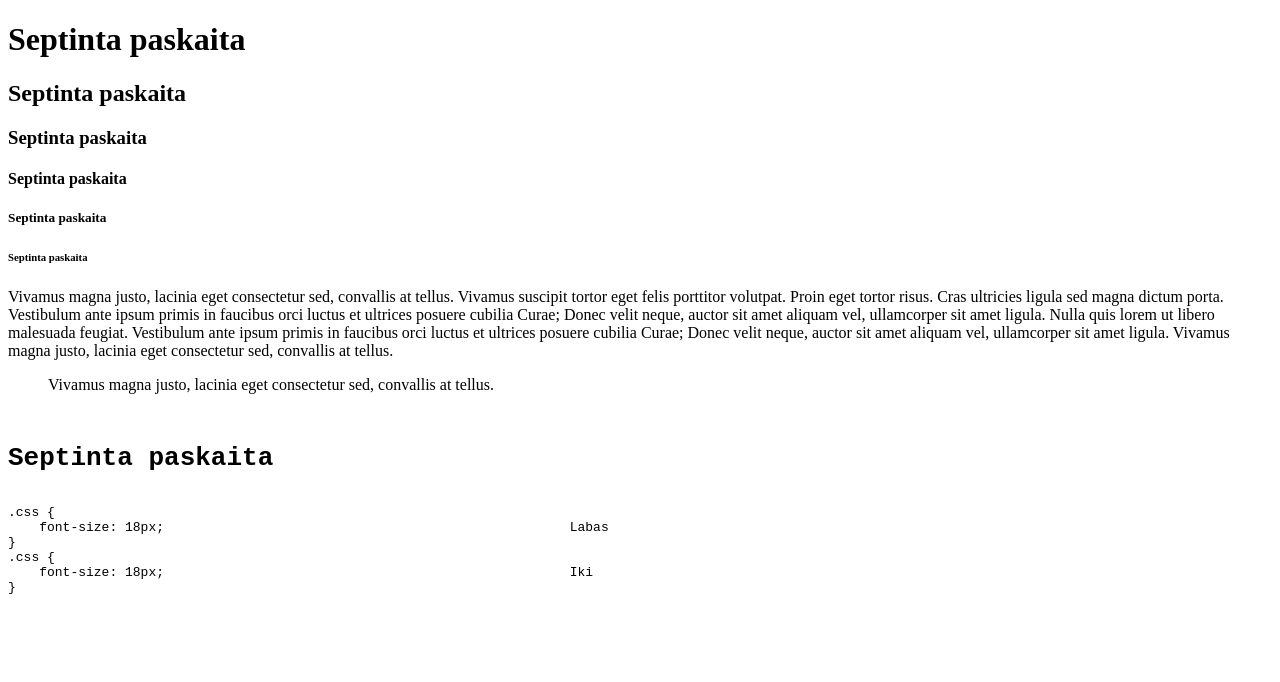
Repository: motiejus1/07-paskaita-05.31
Page: index.html
An editor plug-in stored every save of this project. The page is shown before and after a run of saves, followed by the edit.
The browser window is 1280 px wide. The pictures show the whole page.

Above is the page before, as saved 2021-06-10 18:42:04.

### index.html
<!DOCTYPE html>
<html lang="en">
<head>
    <meta charset="UTF-8">
    <meta http-equiv="X-UA-Compatible" content="IE=edge">
    <meta name="viewport" content="width=device-width, initial-scale=1.0">
    <title>Septinta paskaita</title>
</head>
<body>
    <h1>Septinta paskaita</h1>
    <h2>Septinta paskaita</h2>
    <h3>Septinta paskaita</h3>
    <h4>Septinta paskaita</h4>
    <h5>Septinta paskaita</h5>
    <h6>Septinta paskaita</h6>

    <p>Vivamus magna justo, lacinia eget consectetur sed, convallis at tellus. Vivamus suscipit tortor eget felis porttitor volutpat. Proin eget tortor risus. Cras ultricies ligula sed magna dictum porta. Vestibulum ante ipsum primis in faucibus orci luctus et ultrices posuere cubilia Curae; Donec velit neque, auctor sit amet aliquam vel, ullamcorper sit amet ligula. Nulla quis lorem ut libero malesuada feugiat. Vestibulum ante ipsum primis in faucibus orci luctus et ultrices posuere cubilia Curae; Donec velit neque, auctor sit amet aliquam vel, ullamcorper sit amet ligula. Vivamus magna justo, lacinia eget consectetur sed, convallis at tellus.</p>

    <blockquote>Vivamus magna justo, lacinia eget consectetur sed, convallis at tellus.</blockquote>


    <pre>
        <h1>Septinta paskaita</h1>
.css {
    font-size: 18px;                                                    Labas
}
.css {
    font-size: 18px;                                                    Iki
}
    </pre>
</body>
</html>

After the next 2 saves:
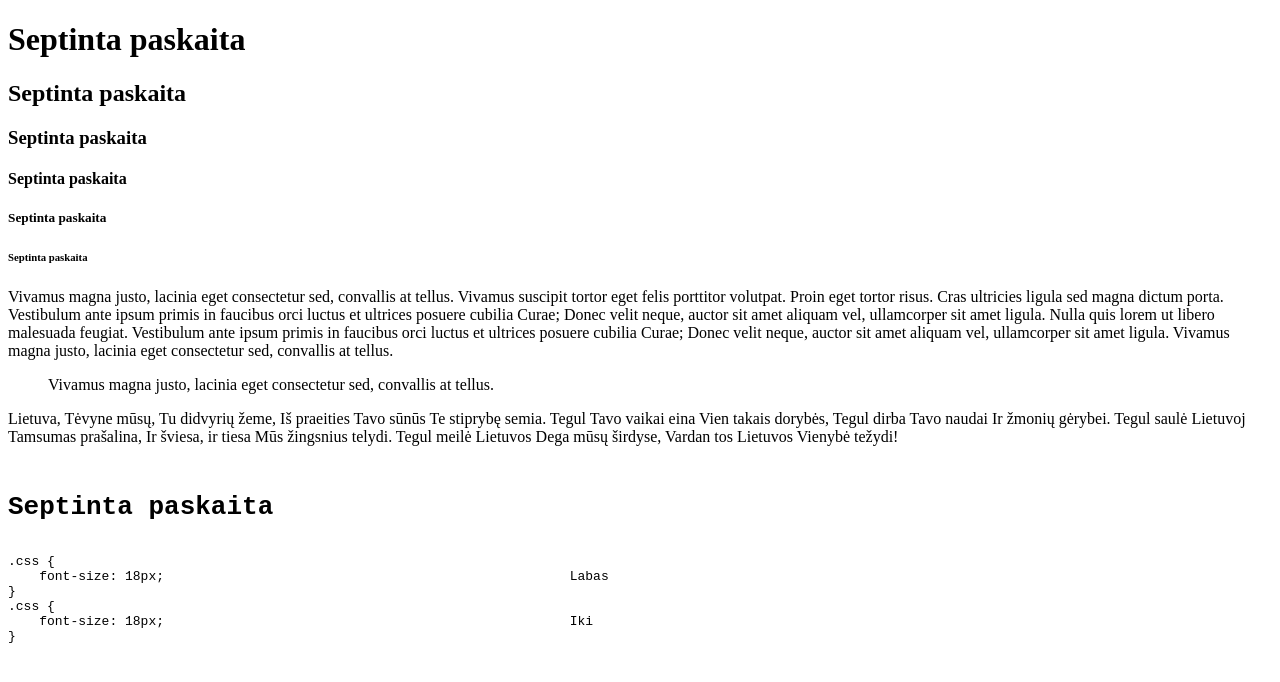
The 2 saves are shown as one change because they came seconds apart.
The last was saved 16 s later.
--- a/index.html
+++ b/index.html
@@ -18,6 +18,27 @@
 
     <blockquote>Vivamus magna justo, lacinia eget consectetur sed, convallis at tellus.</blockquote>
 
+    Lietuva, Tėvyne mūsų,
+Tu didvyrių žeme,
+Iš praeities Tavo sūnūs
+Te stiprybę semia.
+
+Tegul Tavo vaikai eina
+Vien takais dorybės,
+Tegul dirba Tavo naudai
+Ir žmonių gėrybei.
+
+Tegul saulė Lietuvoj
+Tamsumas prašalina,
+Ir šviesa, ir tiesa
+Mūs žingsnius telydi.
+
+Tegul meilė Lietuvos
+Dega mūsų širdyse,
+Vardan tos Lietuvos
+Vienybė težydi!
+
+
 
     <pre>
         <h1>Septinta paskaita</h1>
